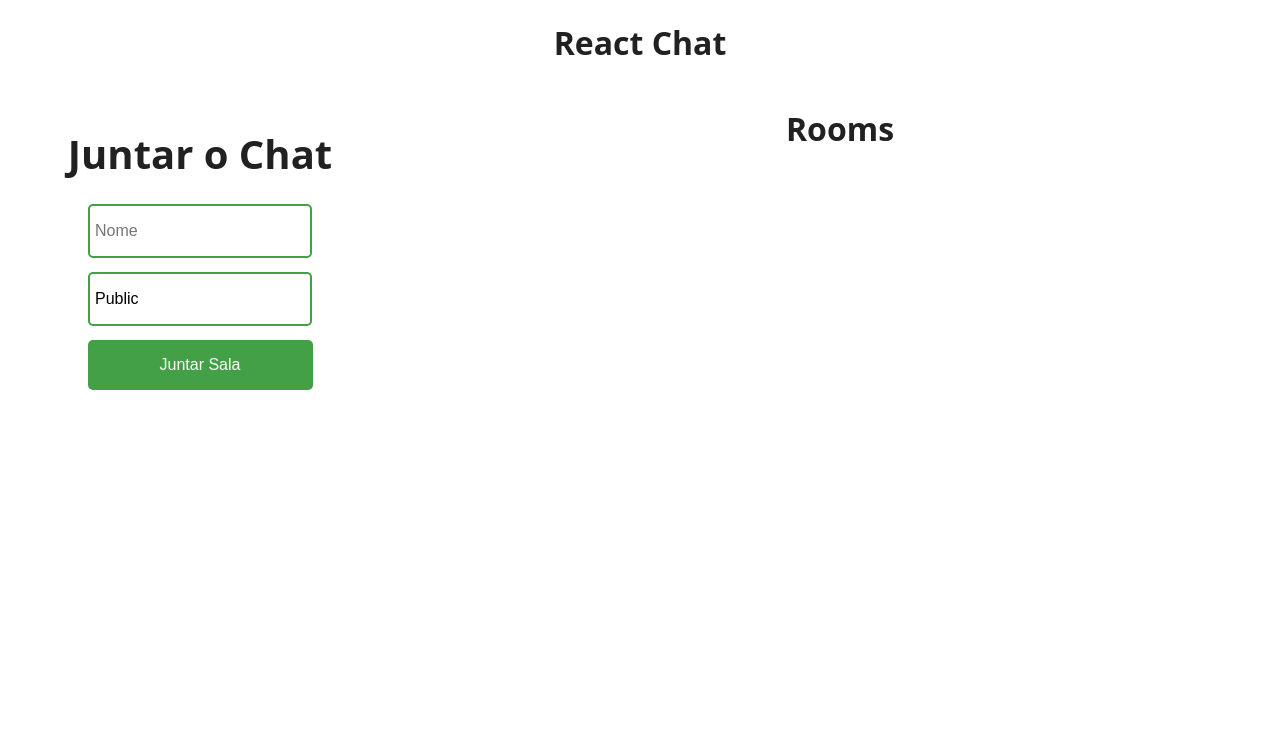
Repository: hierotsu/chat-rooms-react-
Page: / (app in client/)
The author's editor kept a copy of each file at every save. The page is drawn from the files as they stood at one save, then again after the next save.
The browser window is 1280 px wide. The pictures show the whole page.
The page's requests for data from a server got no answer. The project was rebuilt for these pictures with package versions that can differ from the ones it lists, and the page was loaded fresh each time. No one was signed in, and anything a server would have sent is missing. Also part of the build but not shown: client/src/components/User.js, client/src/components/Chat.js.

Above is the page before, as saved 2022-02-02 16:11:24.

### client/public/index.html
<!DOCTYPE html>
<html lang="en">
	<head>
		<meta charset="utf-8" />
		<link rel="icon" href="%PUBLIC_URL%/favicon.ico" />
		<meta name="viewport" content="width=device-width, initial-scale=1" />
		<meta name="theme-color" content="#000000" />
		<meta
			name="description"
			content="Web site created using create-react-app"
		/>
		<link rel="apple-touch-icon" href="%PUBLIC_URL%/logo192.png" />
		<!--
      manifest.json provides metadata used when your web app is installed on a
      user's mobile device or desktop. See https://developers.google.com/web/fundamentals/web-app-manifest/
    -->
		<link rel="manifest" href="%PUBLIC_URL%/manifest.json" />
		<!--
      Notice the use of %PUBLIC_URL% in the tags above.
      It will be replaced with the URL of the `public` folder during the build.
      Only files inside the `public` folder can be referenced from the HTML.

      Unlike "/favicon.ico" or "favicon.ico", "%PUBLIC_URL%/favicon.ico" will
      work correctly both with client-side routing and a non-root public URL.
      Learn how to configure a non-root public URL by running `npm run build`.
    -->
		<link
			rel="stylesheet"
			href="https://cdnjs.cloudflare.com/ajax/libs/font-awesome/5.15.4/css/all.min.css"
		/>
		<title>React App</title>
	</head>
	<body>
		<noscript>You need to enable JavaScript to run this app.</noscript>
		<div id="root"></div>
		<!--
      This HTML file is a template.
      If you open it directly in the browser, you will see an empty page.

      You can add webfonts, meta tags, or analytics to this file.
      The build step will place the bundled scripts into the <body> tag.

      To begin the development, run `npm start` or `yarn start`.
      To create a production bundle, use `npm run build` or `yarn build`.
    --></body>
</html>

### client/src/App.js
import { useState, useEffect } from 'react'
import io from 'socket.io-client'

import Chat from './components/Chat';
import Rooms from './components/Rooms'

import './App.css';

export const SERVER_URL = "http://localhost:3001"

const connect = () => {
  return io.connect(SERVER_URL,
    { query: { id: Math.floor(Math.random() * 1000) } })
}

const socket = connect()

function App() {
  const [username, setUsername] = useState('')
  const [room, setRoom] = useState('Public')
  const [joinButtonDisabled, setJoinButtonDisabled] = useState(true)
  const [showChat, setShowChat] = useState(false)

  useEffect(() => {
    setJoinButtonDisabled(username === '' || room === '')
  }, [username, room])



  const joinRoom = () => {
    console.log('SOCKET', socket, socket.id)
    if (username !== '' && room !== '') {
      if (!socket.connected)
        socket.open()

      socket.emit('join_room', room, username)
      setShowChat(true)
    }
  }

  function logoutHandle() {
    setShowChat(false)
  }

  return (
    <div className="App">
      <h1>React Chat</h1>
      <div className="chat-ini-container">

        {!showChat ?
          <>
            <div className="joinChatContainer">
              <h3>Juntar o Chat</h3>
              <input type="text" placeholder='Nome' onKeyPress={e => { e.key === 'Enter' && e.target.value !== '' && joinRoom() }} onChange={e => setUsername(e.target.value)} />
              <input type="text" placeholder='Sala' onKeyPress={e => { e.key === 'Enter' && e.target.value !== '' && joinRoom() }} onChange={e => setRoom(e.target.value)} defaultValue="Public" />
              <button onClick={joinRoom} disabled={joinButtonDisabled}>Juntar Sala</button>
            </div>
            <Rooms socket={socket} joinRoom={joinRoom} />
          </>
          :
          <Chat socket={socket} username={username} room={room} onClose={logoutHandle} />
        }
      </div>
    </div>
  );
}

export default App;

### client/src/components/Rooms.js
import { useState, useEffect } from 'react';
import io from 'socket.io-client'


export default function Rooms({ socket, joinRoom }) {
    const [rooms, setRooms] = useState([])

    useEffect(() => {
        console.log('Socket changed useEffect', socket, socket.id)
        // if (!socket.connected)
        socket.close()
        socket.open()
        socket.emit('get-rooms', setRooms)

        // socket.on('receive-rooms', roomsReceived)
    }, [socket])


    const listRooms = () => {
        return rooms.map((room, ind) => {
            return <div key={'chat-room-' + ind} >Sala {room.name} com {room.usersTotal} utilizadores</div>
        })
    }

    return <div className="rooms-container">
        <h1>Rooms</h1>
        <div className="rooms-list">
            {listRooms()}
        </div>
    </div>;
}

### client/src/App.css
.App {
	width: 100vw;
	height: 100vh;
	background: #fff;
	color: #212121;
	font-family: "Open Sans", sans-serif;
	text-align: center;
}
body {
	margin: 0%;
	padding: 0%;
}
@import url("https://fonts.googleapis.com/css?family=Open+Sans:300,400,700");

button:hover {
	cursor: pointer;
}

.chat-ini-container {
	display: flex;
}

.joinChatContainer {
	display: flex;
	flex-direction: column;
	text-align: center;
	min-width: 400px;
}

.joinChatContainer h3 {
	font-size: 2.5rem;
	margin-bottom: 1rem;
}
.joinChatContainer input {
	width: 210px;
	height: 40px;
	margin: 7px auto;
	border: 2px solid #43a047;
	border-radius: 5px;
	padding: 5px;
	font-size: 16px;
}

.joinChatContainer button {
	width: 225px;
	height: 50px;
	margin: 7px auto;
	border: none;
	border-radius: 5px;
	padding: 5px;
	font-size: 16px;
	background: #43a047;
	color: #fff;
	cursor: pointer;
}

.joinChatContainer button:hover {
	background: #2e7d32;
}
.chat-container {
	display: flex;
	flex: 1;
	min-height: 0px;
}
.chat-window {
	width: 90vw;
	height: 90vh;
	max-width: 600px;
	max-height: 600px;
	display: flex;
	flex-direction: column;
}
.chat-window.isReduced {
	height: 45px;
	overflow: hidden;
}
.chat-window p {
	margin: 0;
}

.chat-users {
	width: fit-content;
	max-width: 200px;
	border: 1px solid black;
	padding: 0px 10px;
}
.chat-users > div {
	font-weight: bold;
}
.chat-window .chat-header {
	height: 45px;
	border-top-left-radius: 6px;
	border-top-right-radius: 6px;
	background: #263238;
	position: relative;
	cursor: pointer;
}
.chat-window .chat-header p {
	display: block;
	padding: 0 1em 0 2em;
	color: #fff;
	font-weight: 700;
	line-height: 45px;
}

.chat-window .chat-body {
	/* height: calc(450px - (45px + 70px)); */
	border: 1px solid #263238;
	background: #fff;
	position: relative;
	flex: 1;
}
.chat-window .chat-body .message-container {
	width: 100%;
	height: 100%;
	overflow-y: auto;
	overflow-x: hidden;
}

.chat-window .chat-body .message-container::-webkit-scrollbar {
	display: none;
}
.chat-window .chat-body .message {
	height: auto;
	padding: 10px;
	display: flex;
}

.chat-window .chat-body .message .message-content {
	width: auto;
	height: auto;
	min-height: 40px;
	max-width: 120px;
	background-color: #43a047;
	border-radius: 5px;
	color: white;
	display: flex;
	align-items: center;
	margin-right: 5px;
	margin-left: 5px;
	padding-right: 5px;
	padding-left: 5px;
	overflow-wrap: break-word;
	word-break: break-word;
}

#you {
	justify-content: flex-start;
}

#you .message-content {
	justify-content: flex-start;
}

#you .message-meta {
	justify-content: flex-start;
	margin-left: 5px;
}

#other.new-chatter .message-content {
	background-color: aliceblue;
	color: black;
}
#other.new-chatter .message-content,
#other.new-chatter #time {
	font-style: italic;
	font-size: smaller;
}

#other {
	justify-content: flex-end;
}

#other .message-content {
	justify-content: flex-end;
	background-color: cornflowerblue;
}

#other .message-meta {
	justify-content: flex-end;
	margin-right: 5px;
}

.message-meta #author {
	margin-left: 10px;
	font-weight: bold;
}

.chat-window .chat-body .message .message-meta {
	display: flex;
	font-size: 12px;
}

.chat-window .chat-footer {
	height: 40px;
	border: 1px solid #263238;
	border-top: none;
	display: flex;
}

.chat-window .chat-footer input {
	height: 100%;
	flex: 85%;
	border: 0;
	padding: 0 0.7em;
	font-size: 1em;
	border-right: 1px dotted #607d8b;

	outline: none;
	font-family: "Open Sans", sans-serif;
}

.chat-window .chat-footer button {
	border: 0;
	display: grid;
	place-items: center;
	cursor: pointer;
	flex: 15%;
	height: 100%;
	background: transparent;
	outline: none;
	font-size: 25px;
	color: lightgray;
}

.chat-window .chat-footer button:hover {
	color: #43a047;
}
.hide {
	opacity: 0 !important;
}

.action-bar {
	position: absolute;
	top: 5px;
	right: 2px;
}
.action-bar button {
	background: #263238;
	font-size: 1rem;
	color: white;
	border: 1px solid white;
	border-radius: 5px;
	padding: 4px 10px 6px 10px;
	margin: 0 3px;
}

/*****	ROOMS *****/
.rooms-container {
	text-align: center;
	flex: 1;
	min-height: 0;
}
.room-list {
	overflow-y: auto;
}
.rooms-list > div {
	margin: 20px;
	padding: 20px;
	border: 2px solid #43a047;
	border-radius: 5px;
}
.rooms-list > div:hover {
	cursor: pointer;
	background: #43a047;
	color: white;
}

Loaded but not shown: client/src/index.js (common file); client/src/index.css (common file)

After the next save:
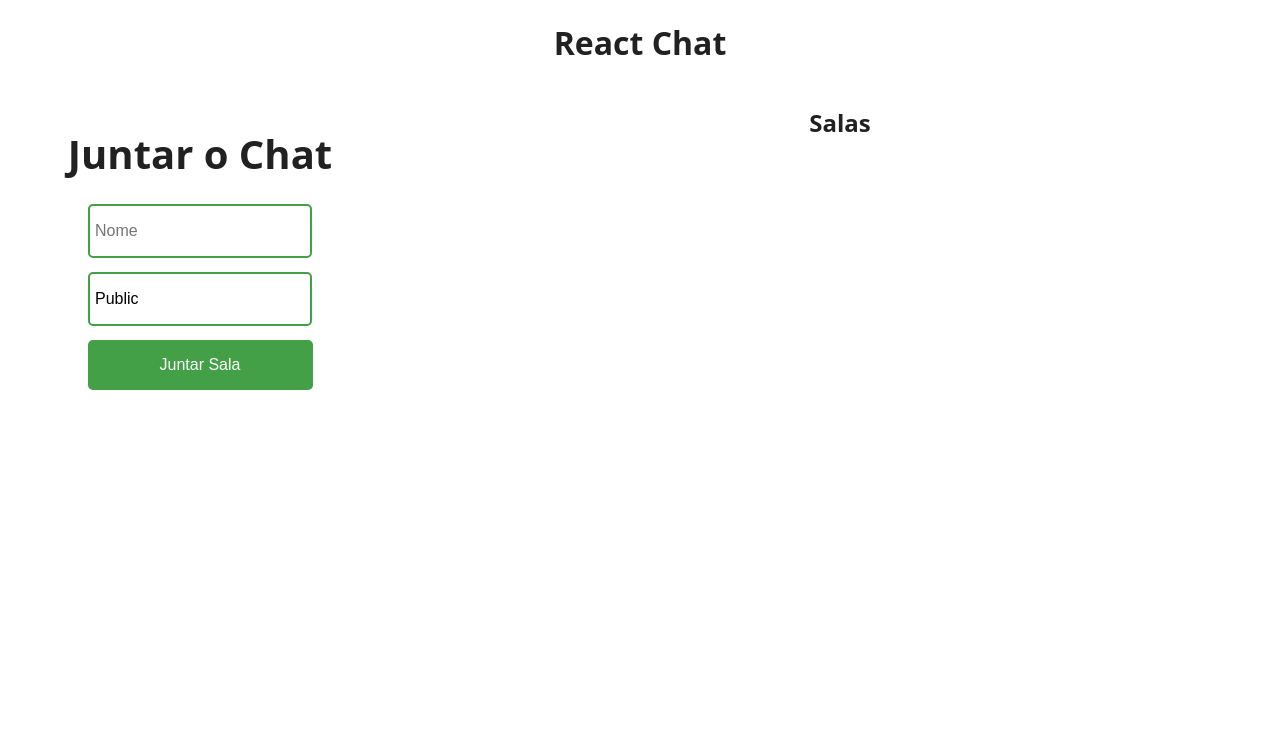
Saved 56 s later.
--- a/client/src/components/Rooms.js
+++ b/client/src/components/Rooms.js
@@ -23,7 +23,7 @@ export default function Rooms({ socket, joinRoom }) {
     }
 
     return <div className="rooms-container">
-        <h1>Rooms</h1>
+        <h2>Salas</h2>
         <div className="rooms-list">
             {listRooms()}
         </div>
